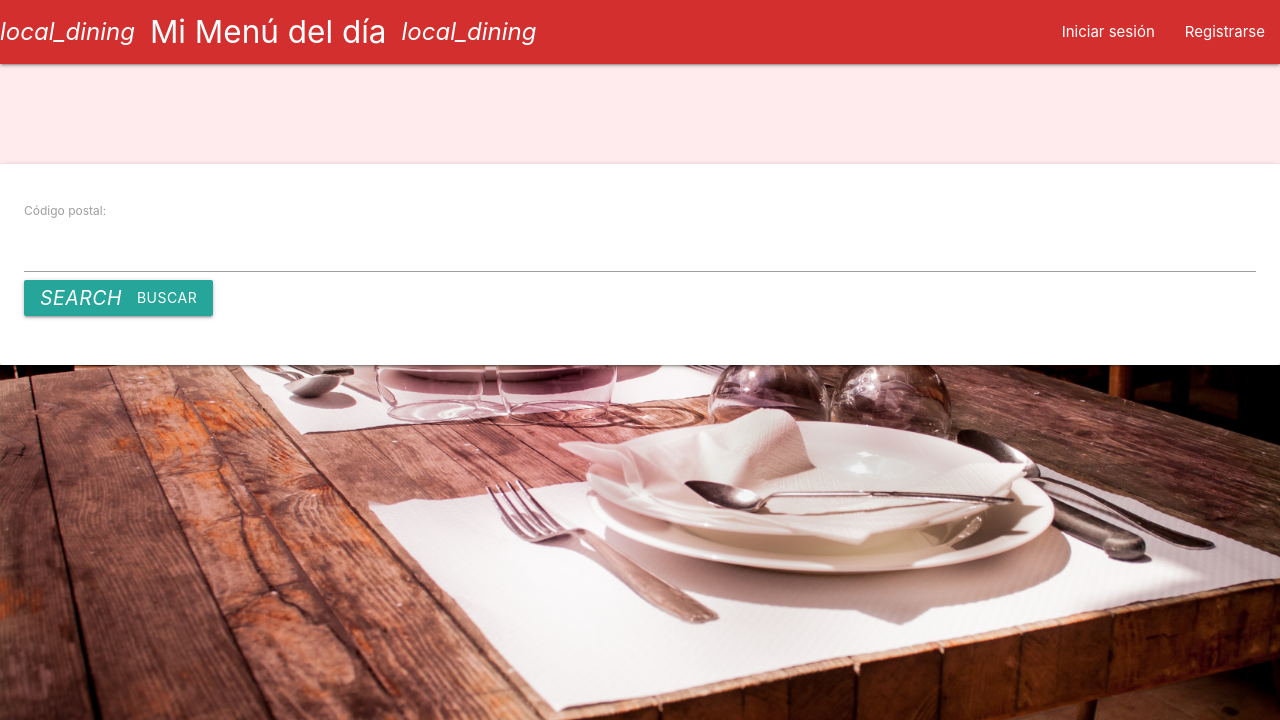
Repository: ixtab/ProyectoJavaRestaurante
Page: http://localhost/MiMenu/
These files come from the project's save history. The page is drawn as it stood at one moment and after the next save; the edit follows.
The browser window is 1280 px wide. The pictures show the whole page.
The page is served by Tomcat 9.

Above is the page before, as saved 2019-03-17 19:38:17.

### MiMenu/WebContent/index.jsp
<%@ page language="java" contentType="text/html; charset=ISO-8859-1"
    pageEncoding="ISO-8859-1"%>
<!DOCTYPE html>
<html>
<head>
	<meta charset="utf-8">
      <link href="https://fonts.googleapis.com/icon?family=Material+Icons" rel="stylesheet">
      <link type="text/css" rel="stylesheet" href="css/materialize.min.css"  media="screen,projection"/>
      <link type="text/css" rel="stylesheet" href="css/style.css" />
      <meta name="viewport" content="width=device-width, initial-scale=1.0"/>
	<title>Mi Menú del día</title>

</head>
<body>

	<header>
		<nav>
		    <div class="red darken-2 nav-wrapper">
		      <a href="#" class="brand-logo"><i class="large material-icons">local_dining</i> Mi Menú del día <i class="large material-icons right">local_dining</i></a>
		      <ul id="nav-mobile" class="right hide-on-med-and-down">
		        <li><a href="iniciar.jsp">Iniciar sesión</a></li>
		        <li><a href="registro.jsp">Registrarse</a></li>
		      </ul>
		    </div>
		  </nav>
	</header>

	<div class="margen-superior card-panel col s6 offset-s2 padding">
		<form class = "flow-text">
			<label >Código postal:<input type="text" id="cp"></label>
		</form>
		<a class=" margen-inferior waves-effect waves-light btn col s6 offset-s3 hoverable" onclick="buscar()"><i class="material-icons left">search</i>Buscar</a>
	</div>



	<script type="text/javascript" src="js/materialize.min.js"></script>
</body>
</html>

### MiMenu/WebContent/css/style.css
html {
    background: url(../img/fondo.jpg) no-repeat center center fixed;
    -webkit-background-size: cover;
    -moz-background-size: cover;
    -o-background-size: cover;
    background-size: cover;
}

body {
	background-color: #ffebee;
}


.margen-superior {
	margin-top: 100px;
}

.margen-inferior {
	margin-bottom: 25px;
}

.mapa {
	display: none;
}

.transparente {
	opacity: 0;
}

Loaded but not shown: MiMenu/WebContent/css/materialize.min.css (library); MiMenu/WebContent/js/materialize.min.js (library)

After the next save:
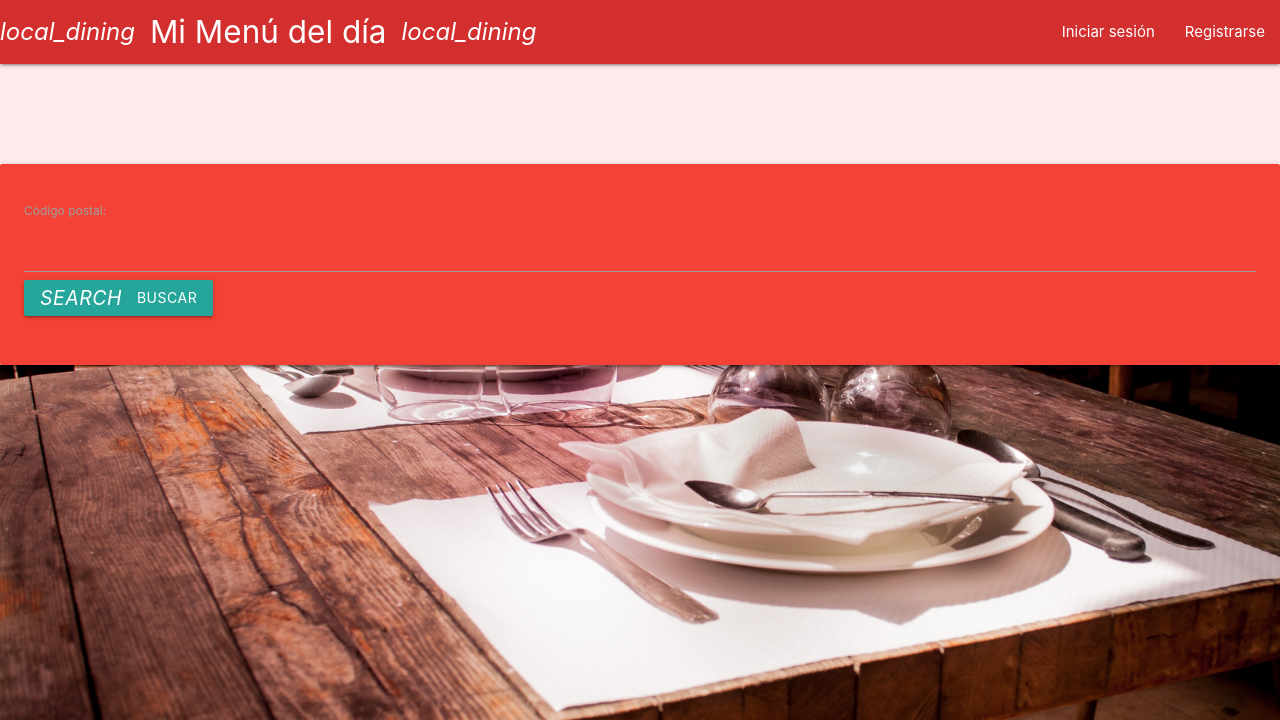
Saved 4 s later.
--- a/MiMenu/WebContent/index.jsp
+++ b/MiMenu/WebContent/index.jsp
@@ -25,7 +25,7 @@
 		  </nav>
 	</header>
 
-	<div class="margen-superior card-panel col s6 offset-s2 padding">
+	<div class="margen-superior card-panel red col s6 offset-s2 padding">
 		<form class = "flow-text">
 			<label >Código postal:<input type="text" id="cp"></label>
 		</form>

After the save that followed:
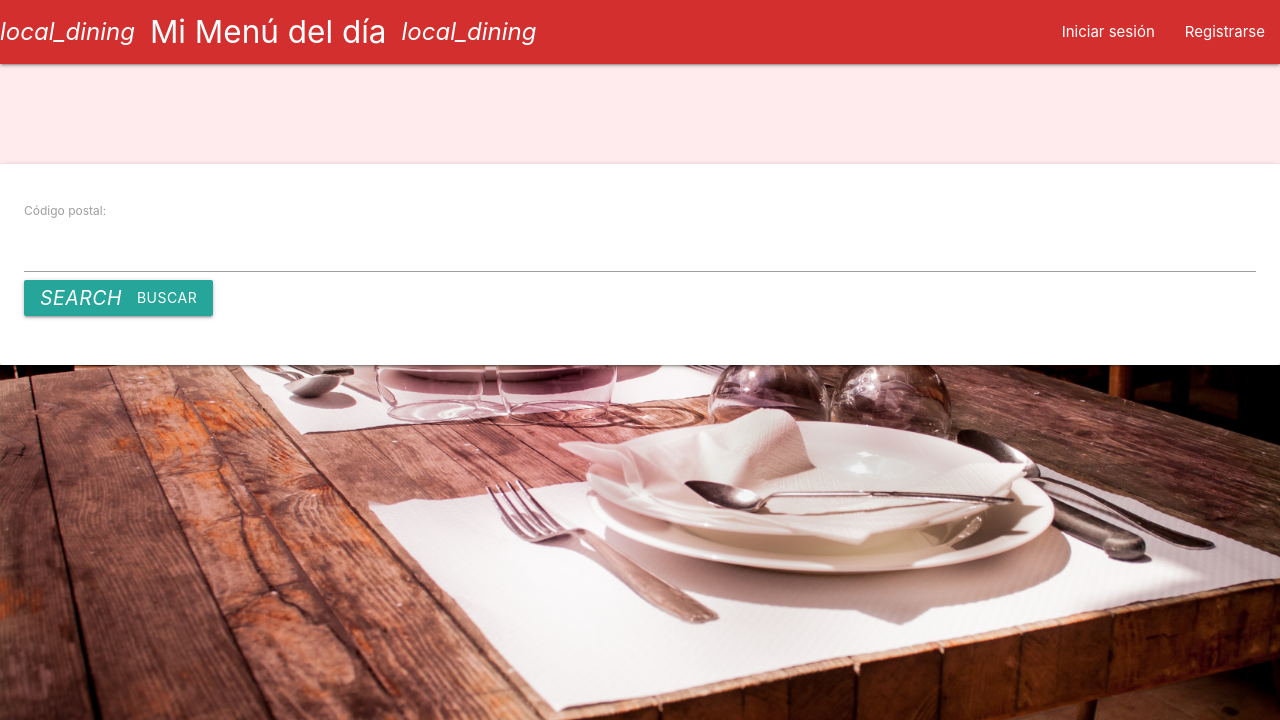
Saved 14 s later.
--- a/MiMenu/WebContent/index.jsp
+++ b/MiMenu/WebContent/index.jsp
@@ -25,7 +25,7 @@
 		  </nav>
 	</header>
 
-	<div class="margen-superior card-panel red col s6 offset-s2 padding">
+	<div class="margen-superior card-panel col s6 offset-s2 padding">
 		<form class = "flow-text">
 			<label >Código postal:<input type="text" id="cp"></label>
 		</form>
